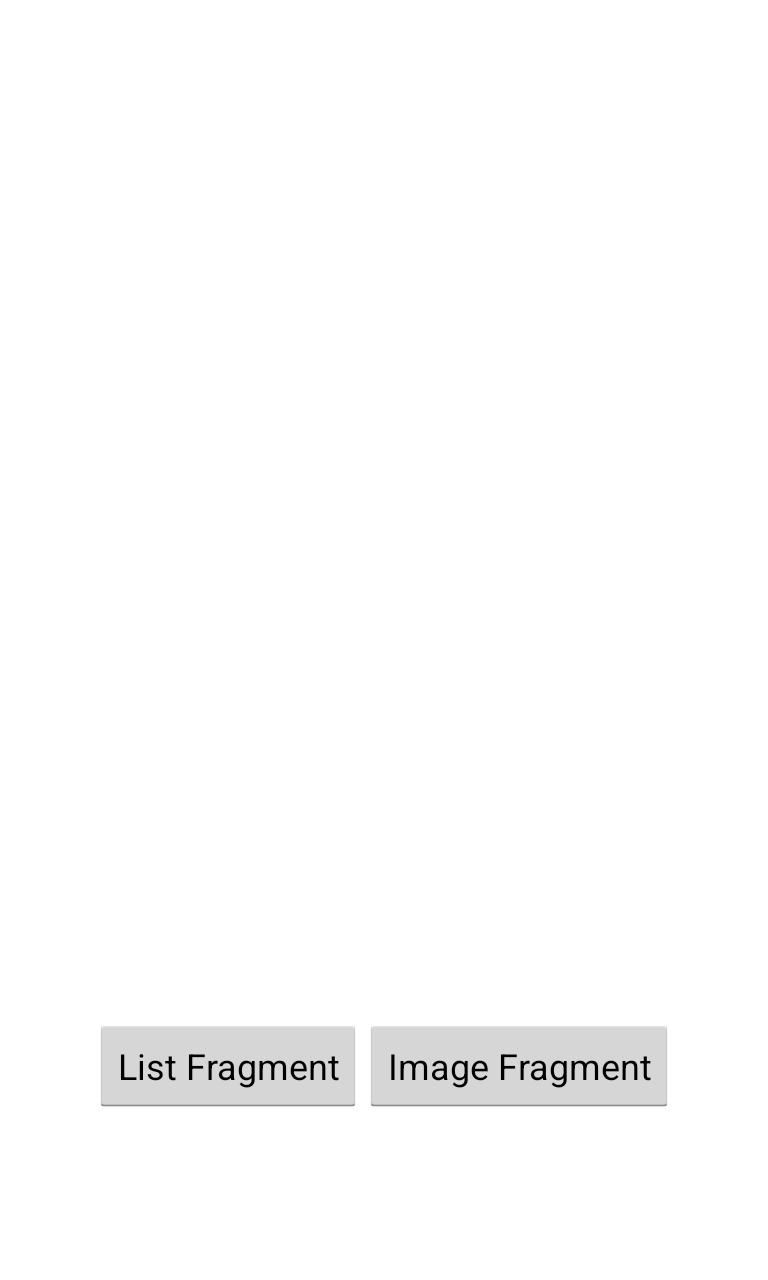
Repository: AlexanderMcNeill/Android
Layout: Eclipse_Android/Fragments/res/layout/tablet_activity_main.xml
These files come from the project's save history. The layout is drawn as it stood at one moment and after the next save; the edit follows.
It is drawn on a 768 x 1280 px phone screen (xhdpi) without system bars, with theme AppTheme; the app's code is not run.

Above is the layout before, as saved 2015-03-12 07:07:07.

### Eclipse_Android/Fragments/res/layout/tablet_activity_main.xml
<?xml version="1.0" encoding="utf-8"?>
<RelativeLayout xmlns:android="http://schemas.android.com/apk/res/android"
    android:layout_width="match_parent"
    android:layout_height="match_parent" >

    <RelativeLayout
        android:id="@+id/relativeLayout1"
        android:layout_width="wrap_content"
        android:layout_height="wrap_content"
        android:layout_alignParentLeft="true"
        android:layout_alignParentTop="true"
        android:layout_marginLeft="32dp"
        android:layout_marginTop="43dp" >
    </RelativeLayout>

    <RelativeLayout
        android:layout_width="wrap_content"
        android:layout_height="wrap_content"
        android:layout_alignParentRight="true"
        android:layout_below="@+id/relativeLayout1"
        android:layout_marginRight="403dp" >
    </RelativeLayout>

    <LinearLayout
        android:layout_width="wrap_content"
        android:layout_height="wrap_content"
        android:layout_alignParentBottom="true"
        android:layout_centerHorizontal="true"
        android:layout_marginBottom="83dp" >

        <Button
            android:id="@+id/btnList"
            android:layout_width="wrap_content"
            android:layout_height="wrap_content"
            android:text="List Fragment" />

        <Button
            android:id="@+id/btnImage"
            android:layout_width="wrap_content"
            android:layout_height="wrap_content"
            android:text="Image Fragment" />

    </LinearLayout>

    <GridLayout
        android:layout_width="match_parent"
        android:layout_height="wrap_content"
        android:layout_below="@+id/relativeLayout1"
        android:layout_centerHorizontal="true"
        android:layout_marginTop="90dp" >
    </GridLayout>

</RelativeLayout>

Loaded but not shown: Eclipse_Android/Fragments/res/values/styles.xml (common file); Eclipse_Android/Fragments/res/values-v11/styles.xml (common file); Eclipse_Android/Fragments/res/values-v14/styles.xml (common file)

After the next save:
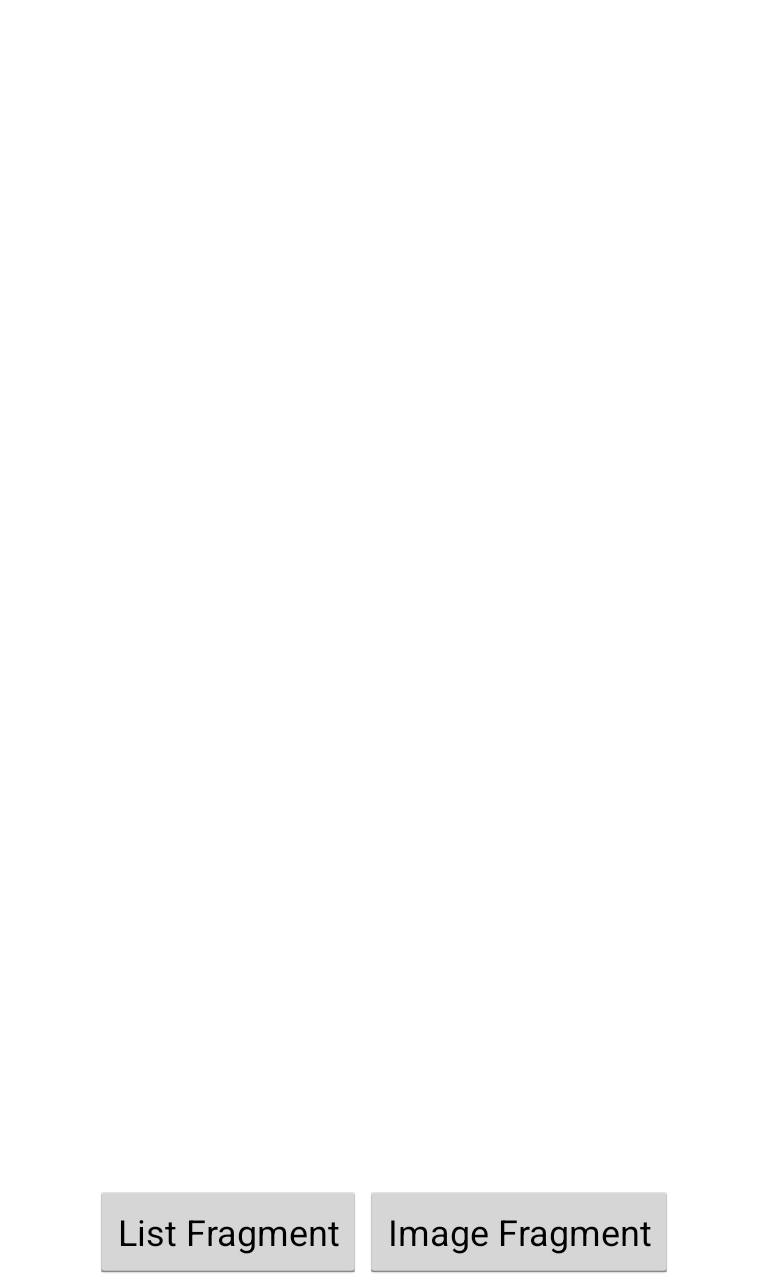
Saved 83 s later.
--- a/Eclipse_Android/Fragments/res/layout/tablet_activity_main.xml
+++ b/Eclipse_Android/Fragments/res/layout/tablet_activity_main.xml
@@ -3,30 +3,35 @@
     android:layout_width="match_parent"
     android:layout_height="match_parent" >
 
-    <RelativeLayout
-        android:id="@+id/relativeLayout1"
-        android:layout_width="wrap_content"
-        android:layout_height="wrap_content"
-        android:layout_alignParentLeft="true"
+    <GridLayout
+        android:layout_width="match_parent"
+        android:layout_height="match_parent"
+        android:layout_above="@+id/linearLayout1"
         android:layout_alignParentTop="true"
-        android:layout_marginLeft="32dp"
-        android:layout_marginTop="43dp" >
-    </RelativeLayout>
+        android:layout_centerHorizontal="true" >
 
-    <RelativeLayout
-        android:layout_width="wrap_content"
-        android:layout_height="wrap_content"
-        android:layout_alignParentRight="true"
-        android:layout_below="@+id/relativeLayout1"
-        android:layout_marginRight="403dp" >
-    </RelativeLayout>
+        <RelativeLayout
+            android:layout_width="wrap_content"
+            android:layout_height="wrap_content"
+            android:layout_gravity="fill_horizontal"
+            android:layout_marginRight="403dp" >
+        </RelativeLayout>
+
+        <RelativeLayout
+            android:id="@+id/relativeLayout1"
+            android:layout_width="wrap_content"
+            android:layout_height="wrap_content"
+            android:layout_gravity="fill_horizontal"
+            android:layout_marginLeft="32dp"
+            android:layout_marginTop="43dp" >
+        </RelativeLayout>
+    </GridLayout>
 
     <LinearLayout
         android:layout_width="wrap_content"
         android:layout_height="wrap_content"
         android:layout_alignParentBottom="true"
-        android:layout_centerHorizontal="true"
-        android:layout_marginBottom="83dp" >
+        android:layout_centerHorizontal="true" >
 
         <Button
             android:id="@+id/btnList"
@@ -39,15 +44,6 @@
             android:layout_width="wrap_content"
             android:layout_height="wrap_content"
             android:text="Image Fragment" />
-
     </LinearLayout>
 
-    <GridLayout
-        android:layout_width="match_parent"
-        android:layout_height="wrap_content"
-        android:layout_below="@+id/relativeLayout1"
-        android:layout_centerHorizontal="true"
-        android:layout_marginTop="90dp" >
-    </GridLayout>
-
 </RelativeLayout>
